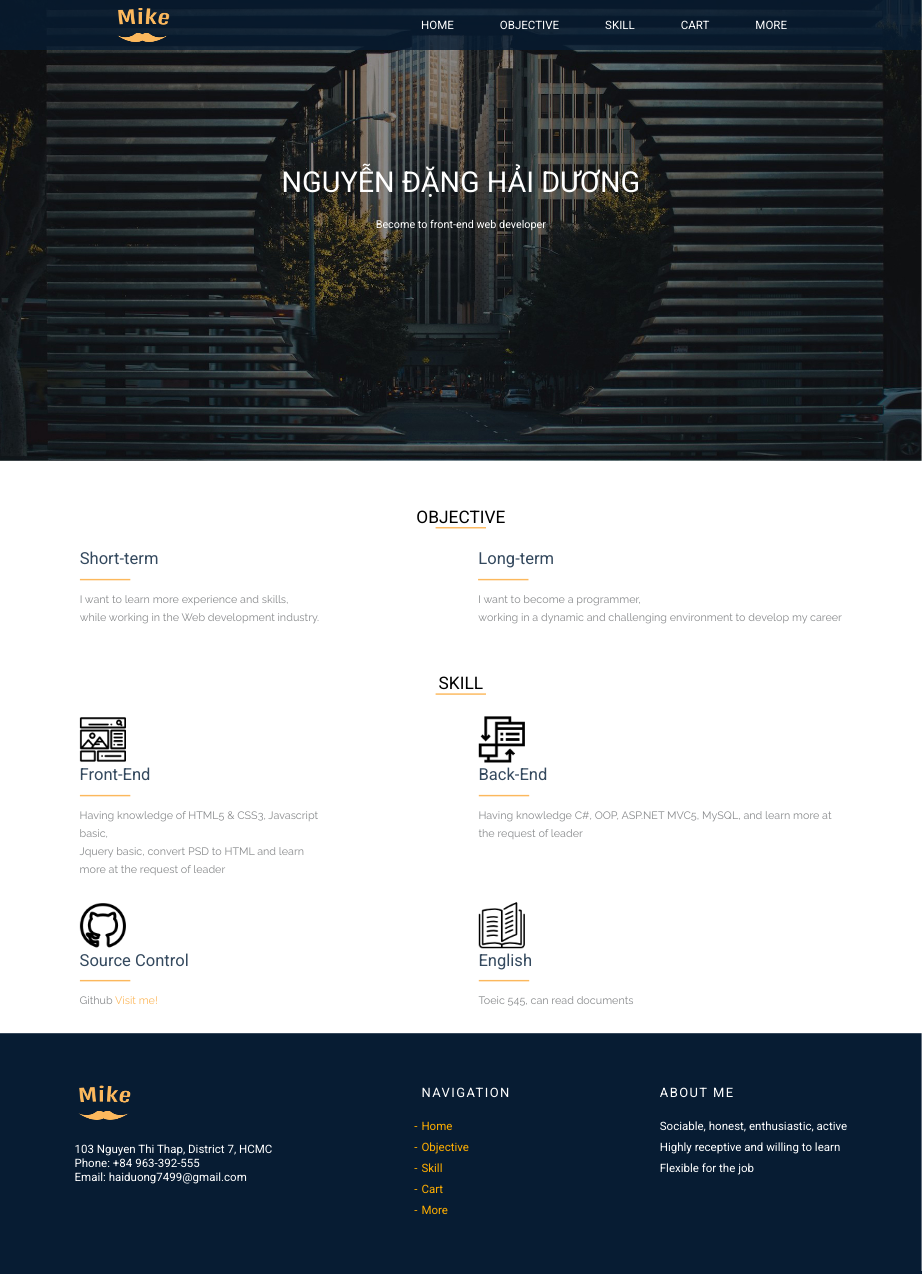
Repository: haiduong7499/Personal-Profile
Page: index.html
The author's editor kept a copy of each file at every save. The page is drawn from the files as they stood at one save, then again after the next save.
The browser window is 1280 px wide. The pictures show the whole page, at 72% of full size.

Above is the page before, as saved 2021-03-02 13:45:11.

After the next save:
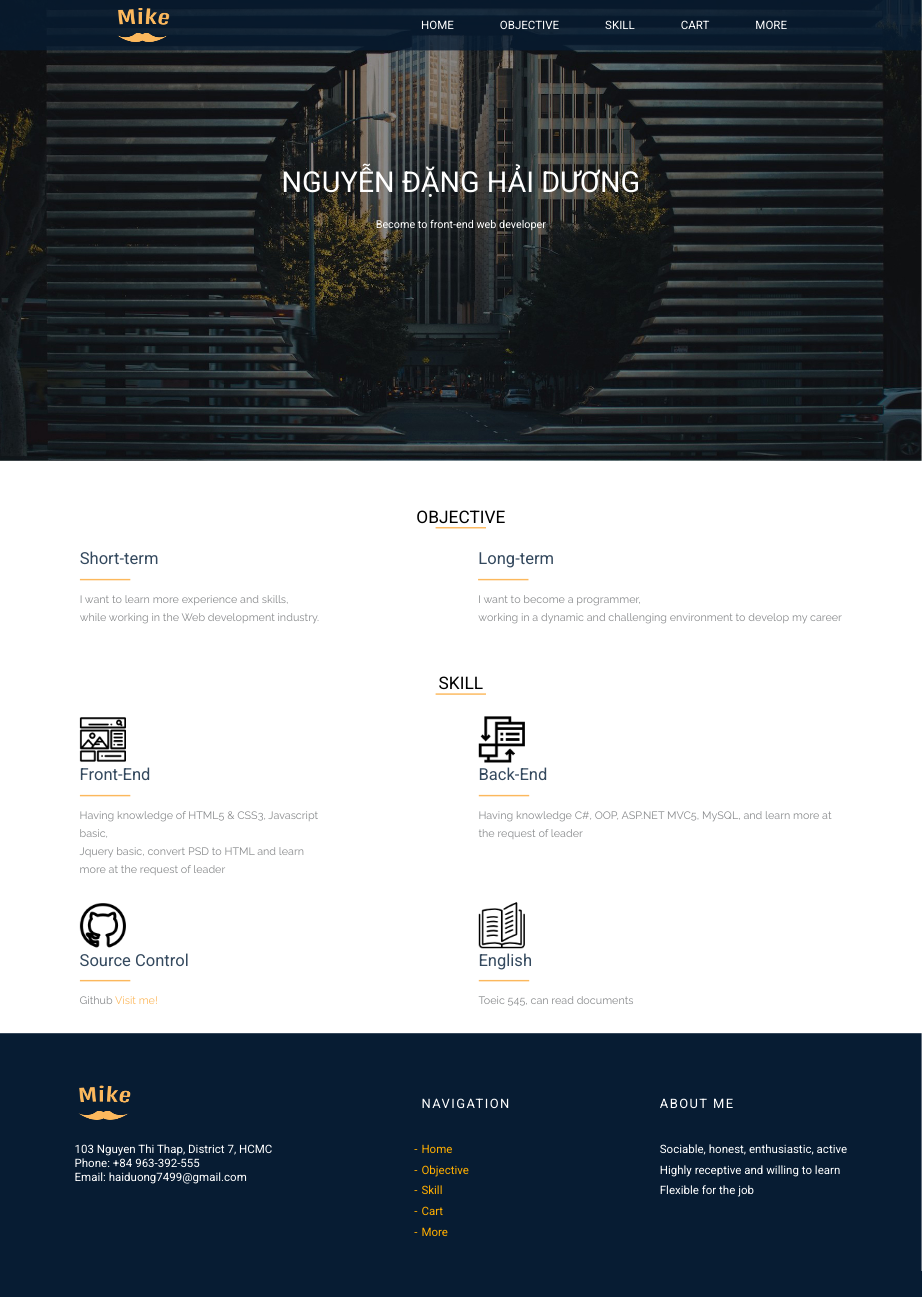
Saved 115 s later.
--- a/style/style.css
+++ b/style/style.css
@@ -13,7 +13,7 @@
 }
 h6{
     font-size: 18px;
-    line-height:24px;
+    line-height:55px;
     color: #fff;
     font-weight: 500;
     font-family: inherit;
